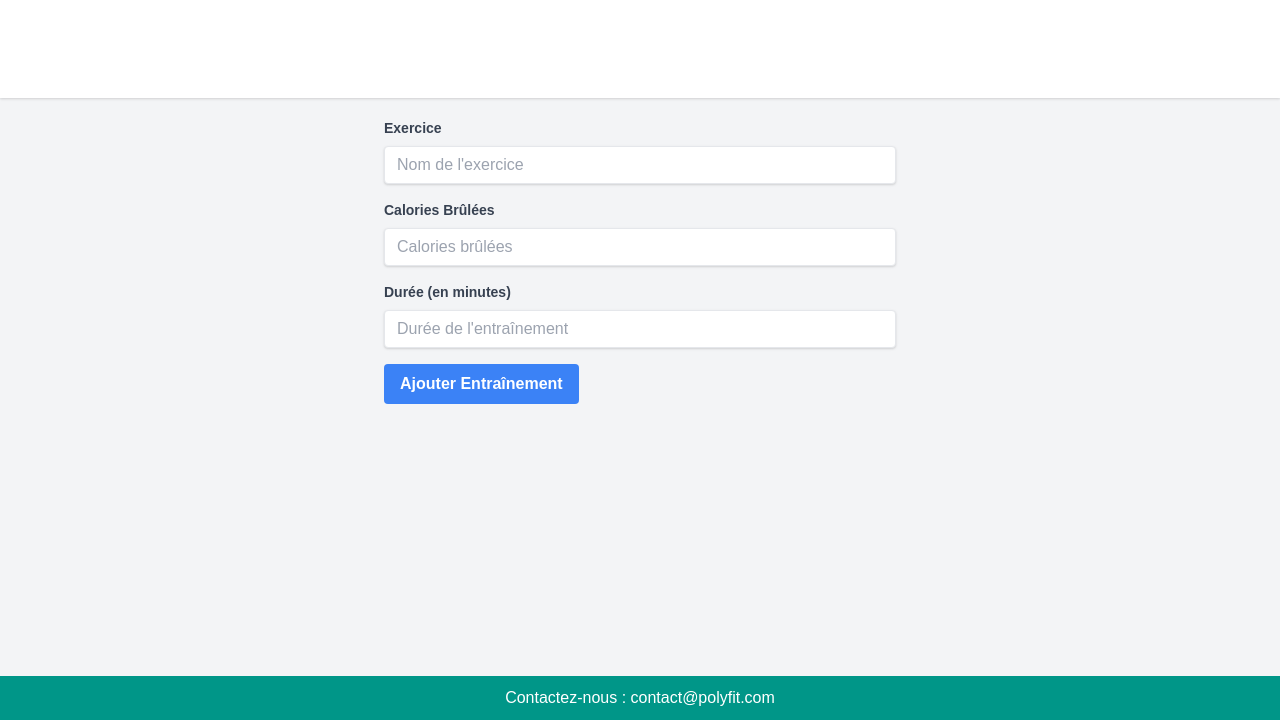
Repository: rimessouabni/polyfit
Page: src/main/resources/static/AddWorkout.html
An editor plug-in stored every save of this project. The page is shown before and after the next save, followed by the edit.
The browser window is 1280 px wide. The pictures show the whole page.

Above is the page before, as saved 2024-03-18 15:39:22.

### src/main/resources/static/AddWorkout.html
<!DOCTYPE html>
<html lang="fr">
<head>
    <meta charset="UTF-8">
    <meta name="viewport" content="width=device-width, initial-scale=1.0">
    <title>PolyFit - Ajouter séance</title>
    <link href="https://cdn.jsdelivr.net/npm/tailwindcss@2.2.19/dist/tailwind.min.css" rel="stylesheet">
    <link rel="stylesheet" href="styles.css">
</head>

<body class="bg-gray-100">
    <header class="bg-white shadow">
        <h1>Ajouter une séance</h1>
        <nav>
            <ul>
                <li><a href="dashboard.html">Tableau de Bord</a></li>
                <li><a href="programs.html">Programmes d'Entraînement</a></li>
                <li><a href="workouts.html">Séances d'Entraînement</a></li>
                <li><a href="AddWorkout.html">Ajouter une séance</a></li>
            </ul>
        </nav>
    </header>

    <div class="container mx-auto py-8 px-4">
        <form class="max-w-lg mx-auto">
            <div class="mb-4">
                <label class="block text-gray-700 text-sm font-bold mb-2" for="exercise">Exercice</label>
                <input class="shadow appearance-none border rounded w-full py-2 px-3 text-gray-700 leading-tight focus:outline-none focus:shadow-outline" id="exercise" type="text" placeholder="Nom de l'exercice">
            </div>
            <div class="mb-4">
                <label class="block text-gray-700 text-sm font-bold mb-2" for="calories">Calories Brûlées</label>
                <input class="shadow appearance-none border rounded w-full py-2 px-3 text-gray-700 leading-tight focus:outline-none focus:shadow-outline" id="calories" type="number" placeholder="Calories brûlées">
            </div>
            <div class="mb-4">
                <label class="block text-gray-700 text-sm font-bold mb-2" for="duration">Durée (en minutes)</label>
                <input class="shadow appearance-none border rounded w-full py-2 px-3 text-gray-700 leading-tight focus:outline-none focus:shadow-outline" id="duration" type="number" placeholder="Durée de l'entraînement">
            </div>
            <div class="flex items-center justify-between">
                <button class="bg-blue-500 hover:bg-blue-700 text-white font-bold py-2 px-4 rounded focus:outline-none focus:shadow-outline" type="button">
                    Ajouter Entraînement
                </button>
            </div>
        </form>
    </div>

    <footer>
        <p>Contactez-nous : contact@polyfit.com</p>
    </footer>
</body>
</html>

### src/main/resources/static/styles.css
/* Reset des styles par défaut */
body, h1, h2, h3, p, ul, li {
    margin: 0;
    padding: 0;
}

body {
    font-family: Arial, sans-serif;
    background-color: #f5f5f5;
    color: #333;
}

header {
    background-color: #009688;
    color: #fff;
    padding: 20px;
    text-align: center;
}

header h1 {
    margin-bottom: 10px;
}

nav ul {
    list-style-type: none;
}

nav ul li {
    display: inline;
    margin-right: 20px;
}

nav ul li a {
    color: #fff;
    text-decoration: none;
}

.container {
    width: 80%;
    margin: 0 auto;
    padding: 20px;
}

.workout {
    background-color: #fff;
    border-radius: 5px;
    box-shadow: 0 0 10px rgba(0, 0, 0, 0.1);
    padding: 20px;
    margin-bottom: 20px;
}

.workout h3 {
    color: #009688;
    margin-bottom: 10px;
}

.workout p {
    color: #666;
    margin-bottom: 10px;
}

.workout ul {
    list-style-type: none;
}

.workout ul li {
    margin-bottom: 5px;
}

/* Styles pour les icônes */
.workout ul li img {
    width: 30px; /* Ajustez la taille des icônes ici */
    margin-right: 10px;
    vertical-align: middle;
}

footer {
    background-color: #009688;
    color: #fff;
    text-align: center;
    padding: 10px 0;
    position: fixed;
    width: 100%;
    bottom: 0;
}

After the next save:
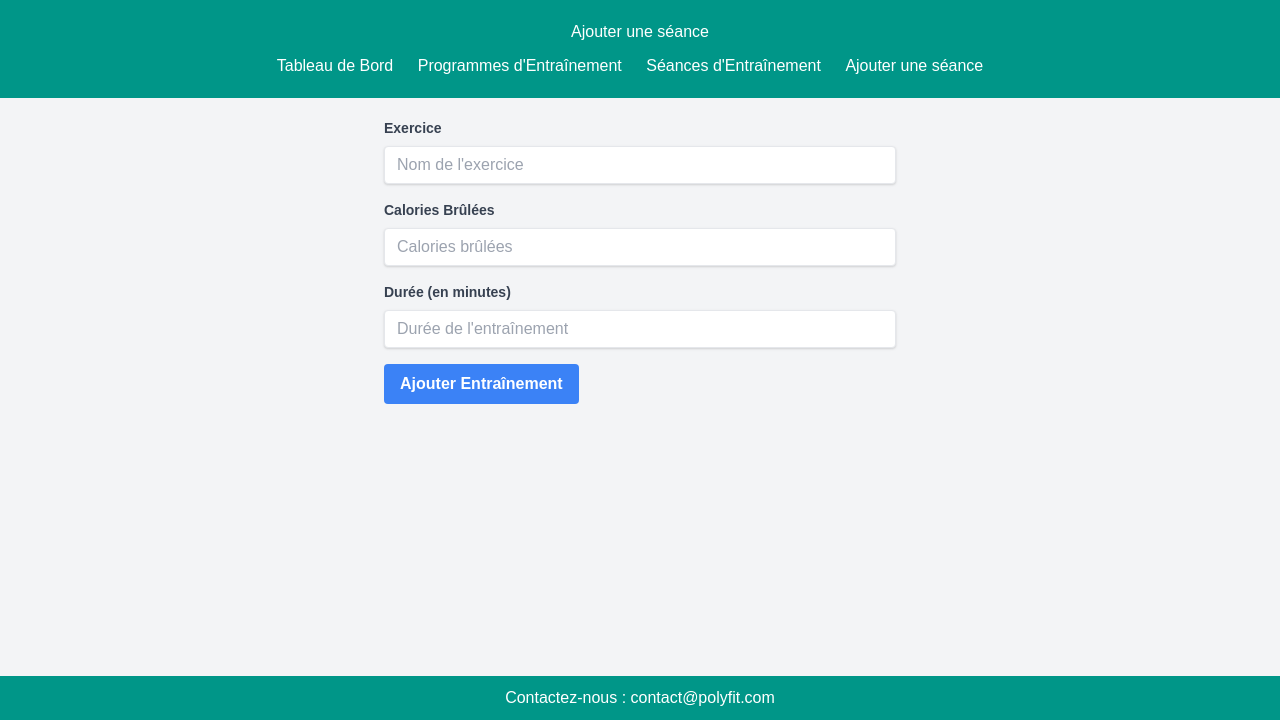
Saved 14 s later.
--- a/src/main/resources/static/AddWorkout.html
+++ b/src/main/resources/static/AddWorkout.html
@@ -9,7 +9,7 @@
 </head>
 
 <body class="bg-gray-100">
-    <header class="bg-white shadow">
+    <header>
         <h1>Ajouter une séance</h1>
         <nav>
             <ul>
